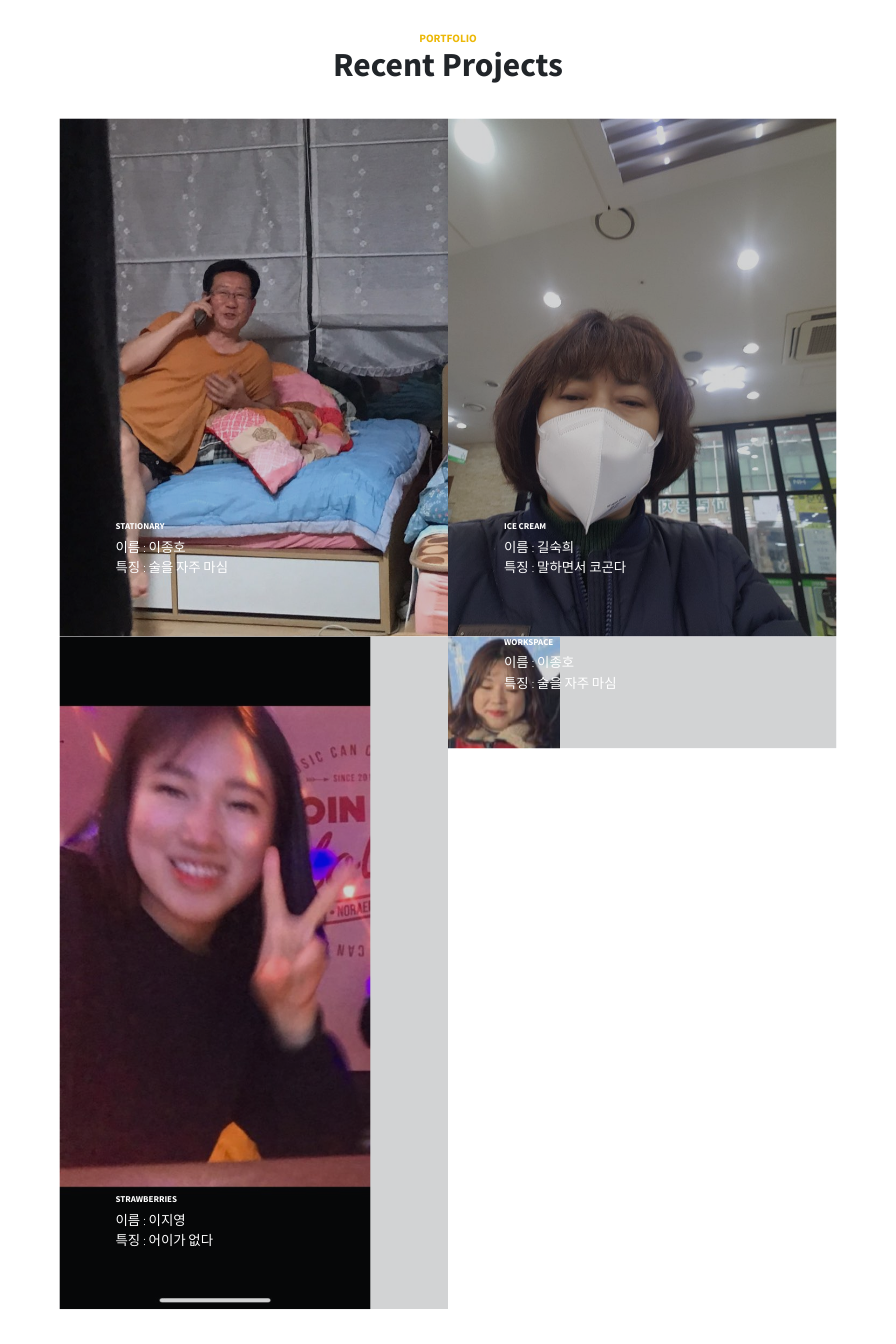
Repository: seungminlll3420/ruby_on_rails
Page: 가족/index.html
The author's editor kept a record of every edit. The page is drawn from the files as they stood at one moment, then again after the next edit.
The browser window is 1280 px wide. The pictures show the part of the page from y = 796 to 2716 px (the page is 3925 px tall), at 70% of full size.

Above is the page before.

After the next edit:
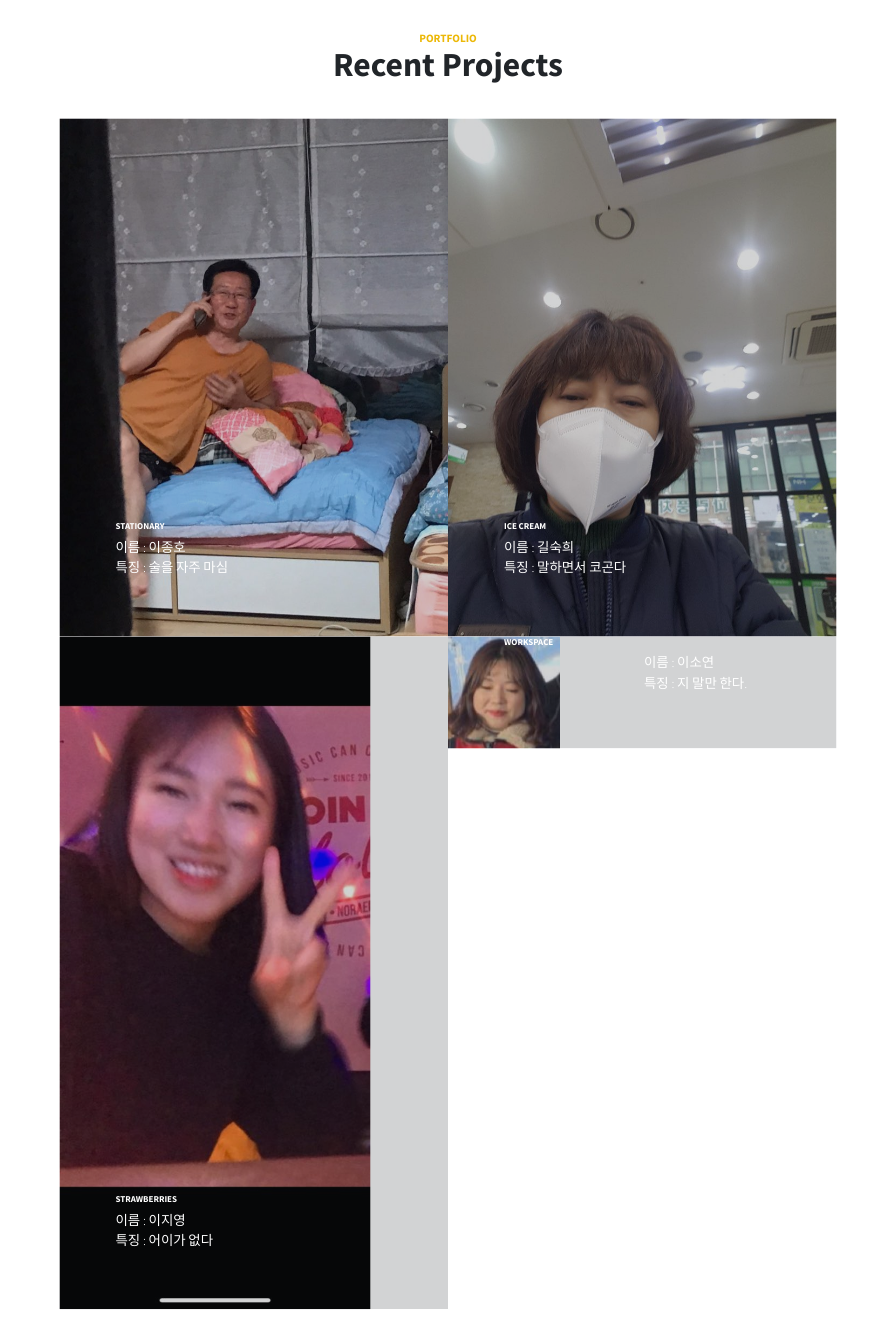
The edit:
--- a/가족/index.html
+++ b/가족/index.html
@@ -122,8 +122,8 @@
             <span class="caption">
               <span class="caption-content">
                 <h2>Workspace</h2>
-               <p class="mb-0">이름 : 이종호</p>
-                <p class="mb-1"> 특징 : 술을 자주 마심</p>
+                <p class="mb-0" style="margin-left: 200px">이름 : 이소연</p>
+                <p class="mb-1"style="margin-left: 200px"> 특징 : 지 말만 한다.</p>
               </span>
             </span>
             <img class="img-fluid" src="./../img/이소연.jpg" alt="">
